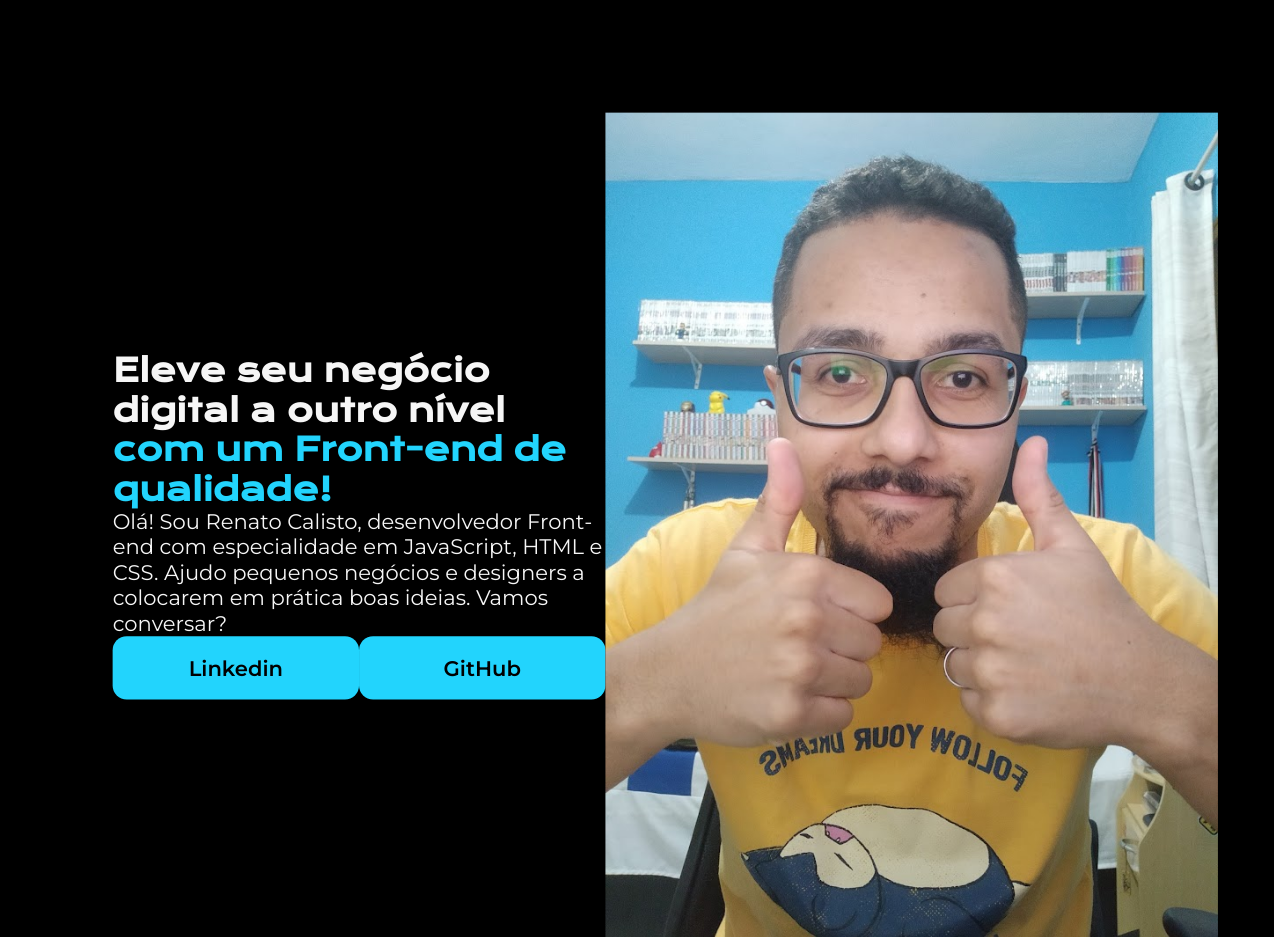
Repository: RenatoCCS/Portfolio_Alura
Page: index.html
The author's editor kept a copy of each file at every save. The page is drawn from the files as they stood at one save, then again after the next save.
The browser window is 1280 px wide. The page is 1384 px wide, then 1448 px, so the pictures cover 1448 px, including what lies to the right of the window. The pictures show the whole page, at 88% of full size.

Above is the page before, as saved 2023-02-27 15:35:38.

After the next save:
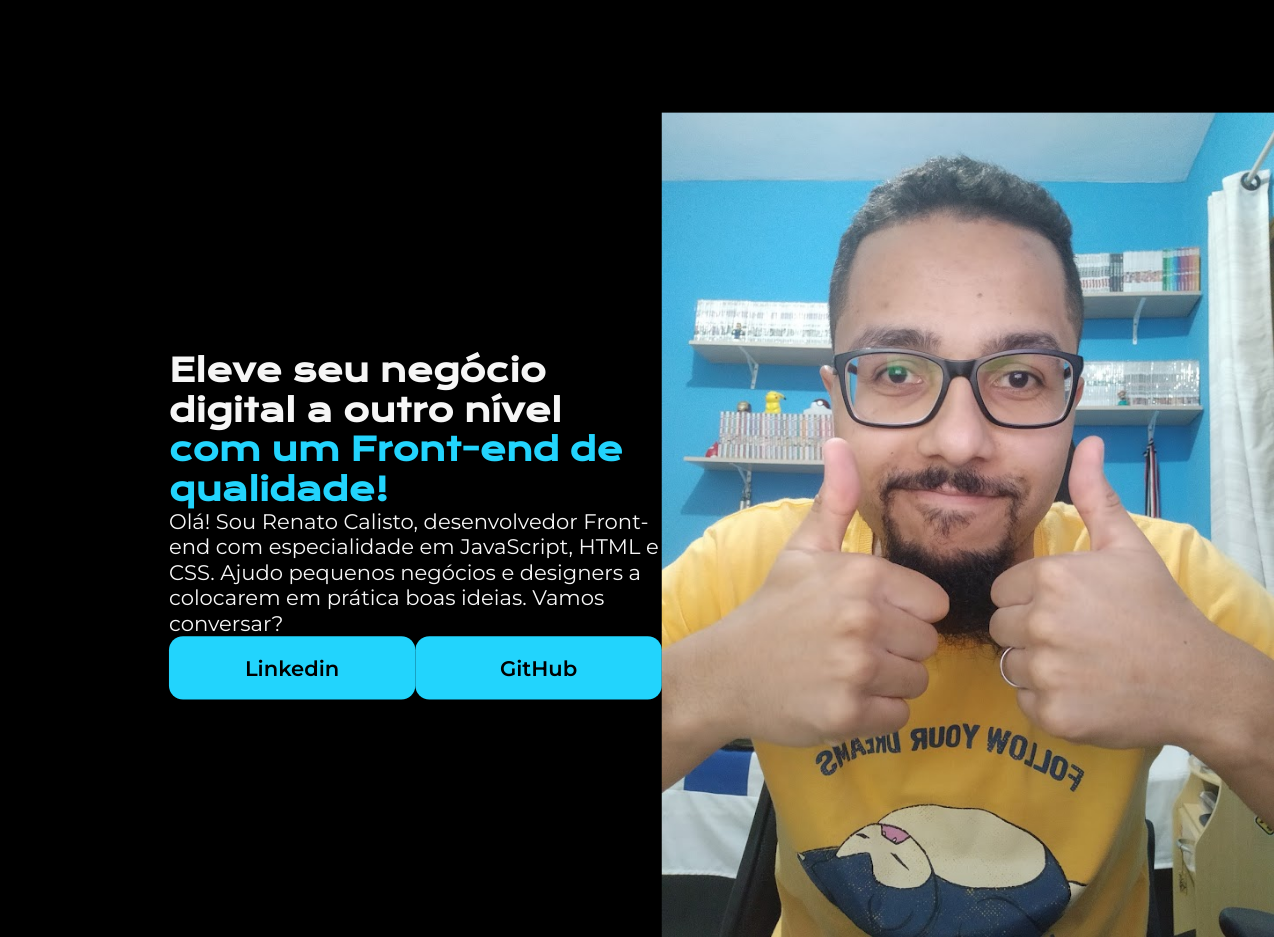
Saved 29 min 44 s later.
--- a/style.css
+++ b/style.css
@@ -17,7 +17,7 @@ body {
 }
 
 .apresentacao {
-  margin: 10%;
+  margin: 10% 15%;
   display: flex;
   align-items: center;
   justify-content: space-between;
